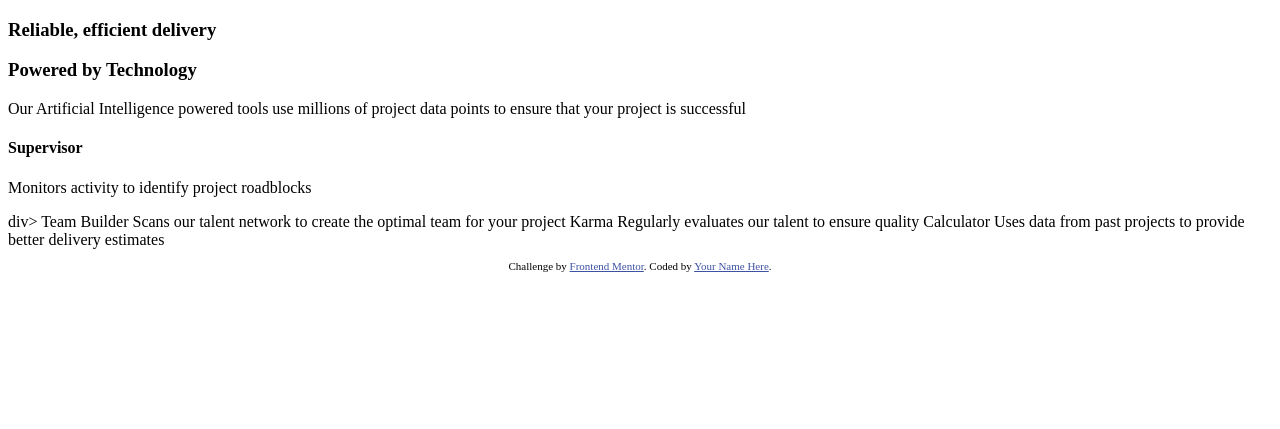
Repository: AngelaMwelu/four-card-page
Page: index.html
The author's editor kept a copy of each file at every save. The page is drawn from the files as they stood at one save, then again after a run of saves.
The browser window is 1280 px wide. The pictures show the whole page.

Above is the page before, as saved 2025-05-14 09:57:54.

After the next 4 saves:
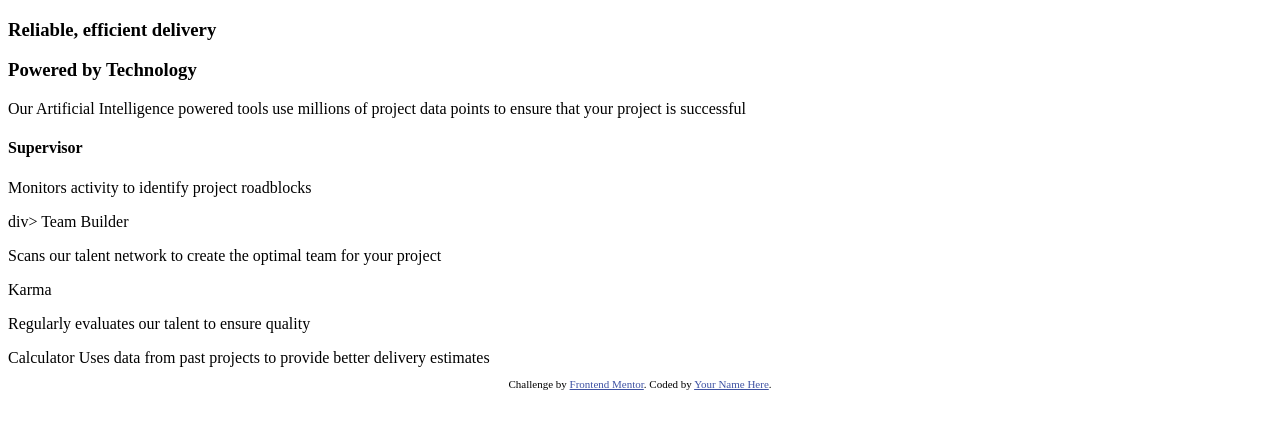
The 4 saves are shown as one change because they came seconds apart.
The last was saved 13 s later.
--- a/index.html
+++ b/index.html
@@ -29,10 +29,10 @@
       <p>Monitors activity to identify project roadblocks</p>
     </div>div>
   </h4>Team Builder</h4>
-  Scans our talent network to create the optimal team for your project
+  </p>Scans our talent network to create the optimal team for your project</p>
 
   </h4>Karma</h4>
-  Regularly evaluates our talent to ensure quality
+  </p>Regularly evaluates our talent to ensure quality</p>
 
   </h4>Calculator</h4>
   Uses data from past projects to provide better delivery estimates
